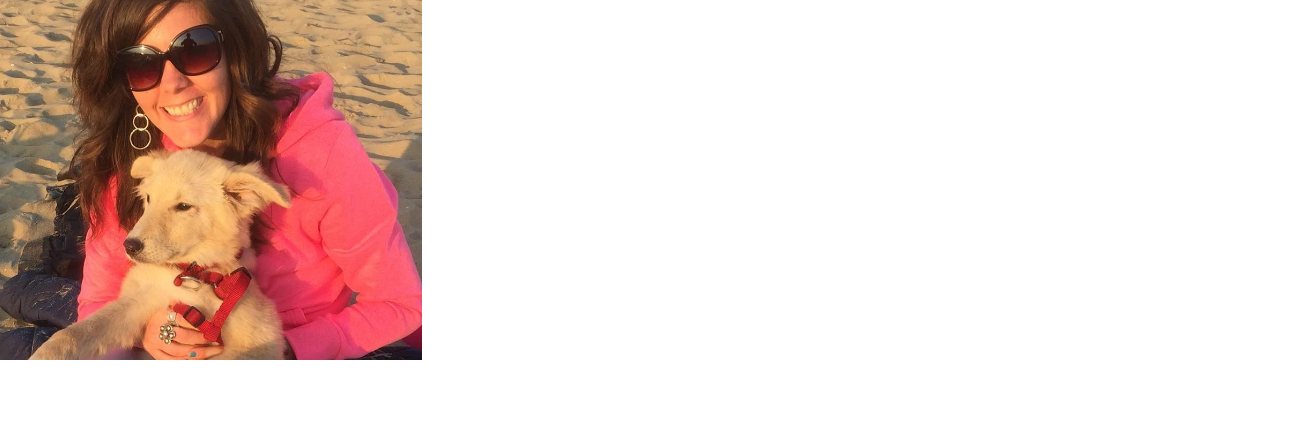
Repository: grisselfaura/Resume-Project-Introduction
Page: index.html
The author's editor kept a record of every edit. The page is drawn from the files as they stood at one moment, then again after the next edit.
The browser window is 1280 px wide. The page is 1295 px wide, so the pictures cover 1295 px, including what lies to the right of the window. The pictures show the whole page.

Above is the page before.

### index.html
<!DOCTYPE html>
<html lang="en">
<head>
    <meta charset="UTF-8">
    <meta name="viewport" content="width=device-width, initial-scale=1.0">
    <meta http-equiv="X-UA-Compatible" content="ie=edge">
    <link rel="stylesheet" href="https://stackpath.bootstrapcdn.com/bootstrap/4.3.1/css/bootstrap.min.css" type="text/css" />
    <link rel="stylesheet" href="https://stackpath.bootstrapcdn.com/font-awesome/4.7.0/css/font-awesome.min.css" type="text/css" />
    <link rel="stylesheet" href="assets/css/style.css" type="text/css" />
    <title>Grissel</title>
</head>
<body>
    <header>
       <div class="row">
           <a href="index.html" class="col-md-4 logo">
           </a>
           <div class="col-md-8">

           </div>
       </div>
    </header>
    <section>

    </section>
    <footer>

    </footer>
</body>
</html>

### assets/CSS/style.css
@import url('https://fonts.googleapis.com/css?family=Roboto:100,200,300,400,500,600,700|Exo:100,200,300,400,500,600,700');

.bg-color-name-title {
    background-color: #676767;
}

header {
    margin: 0;
}

.logo {
    background: url("../images/gri.jpg");
    background-position: center;
    background-repeat: no-repeat;
    background-size: cover;
    min-height: 360px;
    transition: all .5s ease-in-out;
    -moz-transition: all .5s ease-in-out;
    -webkit-transition: all .5s ease-in-out;
}

After the next edit:
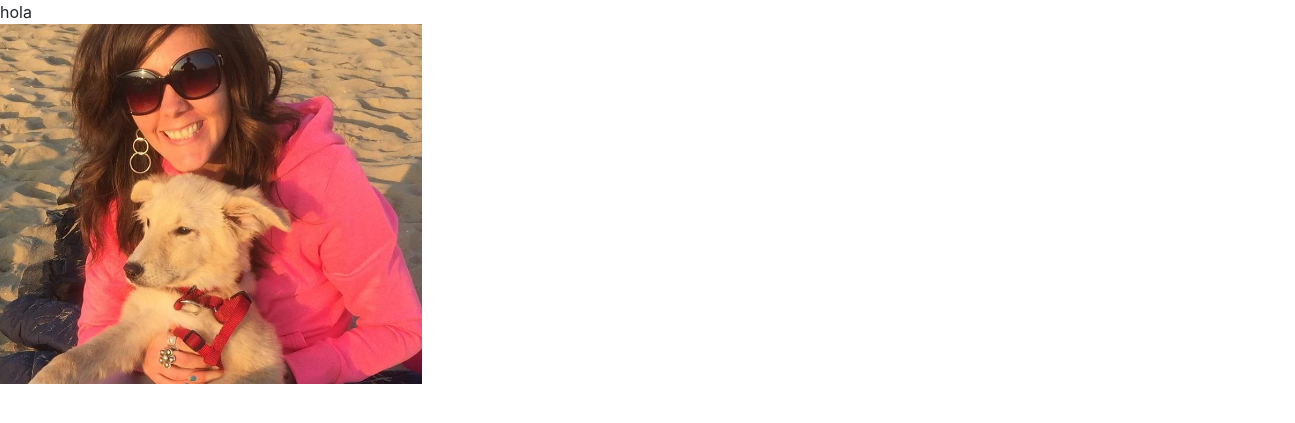
The edit:
--- a/index.html
+++ b/index.html
@@ -11,6 +11,7 @@
 </head>
 <body>
     <header>
+        hola
        <div class="row">
            <a href="index.html" class="col-md-4 logo">
            </a>
